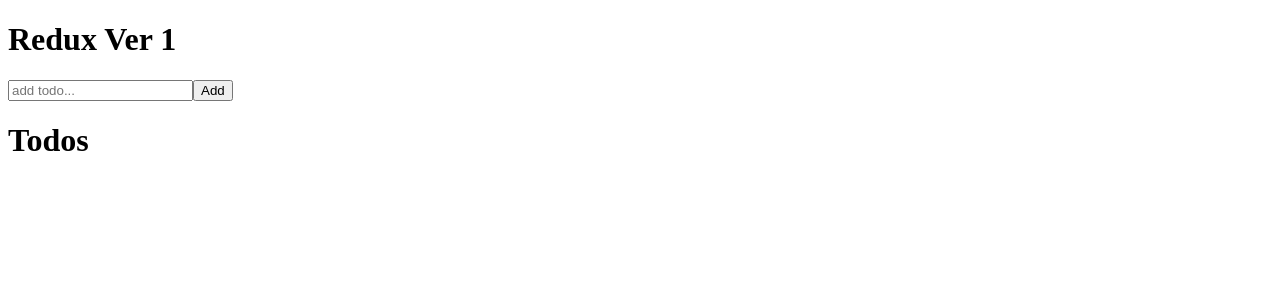
Repository: huynhnt1406/react-redux-tutorial
Page: / (app in redux-v1/)
These files come from the project's save history. The page is drawn as it stood at one moment and after the next save; the edit follows.
The browser window is 1280 px wide. The pictures show the whole page.
The project was rebuilt for these pictures with package versions that can differ from the ones it lists, and the page was loaded fresh each time.

Above is the page before, as saved 2021-06-19 01:00:40.

After the next save:
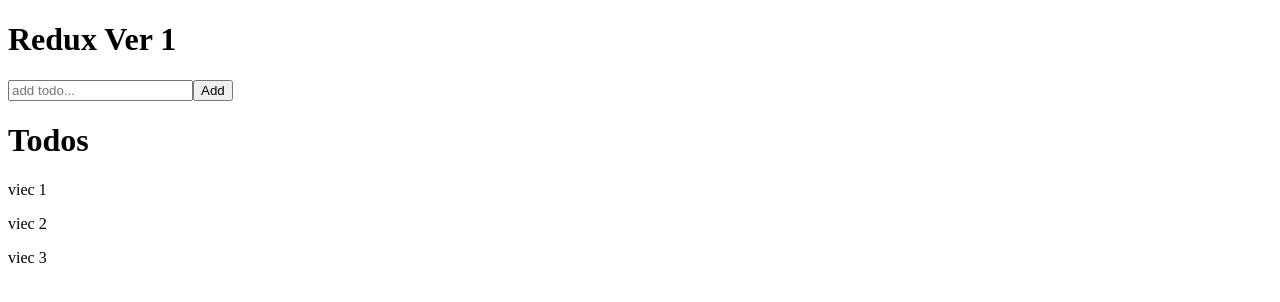
Saved 82 s later.
--- a/redux-v1/src/component/Todos.jsx
+++ b/redux-v1/src/component/Todos.jsx
@@ -8,7 +8,7 @@ function Todos({todosData}) {
         <div>
             <h1>Todos</h1>
             {
-                todos.map(todo => (
+                todosData.map(todo => (
                    <TodoItem key={todo.id} id={todo.id} title={todo.title}/>
                 ))
             }
